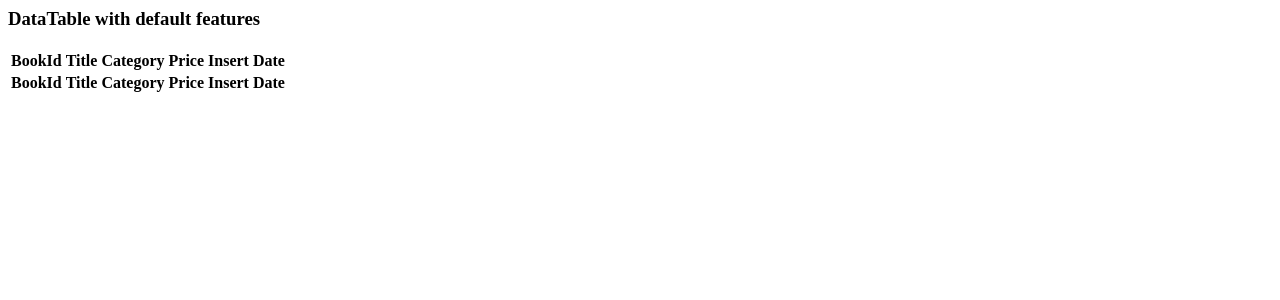
Repository: loy18/SPRING
Page: http://localhost/egovProj/WEB-INF/views/book/list.jsp
The author's editor kept a copy of each file at every save. The page is drawn from the files as they stood at one save, then again after the next save.
The browser window is 1280 px wide. The pictures show the whole page.
The page is served by Tomcat 9. Nobody is signed in. The template is opened directly, without the code that normally fills it, so the values that code supplies are empty.

Above is the page before, as saved 2022-11-14 05:36:15.

After the next save:
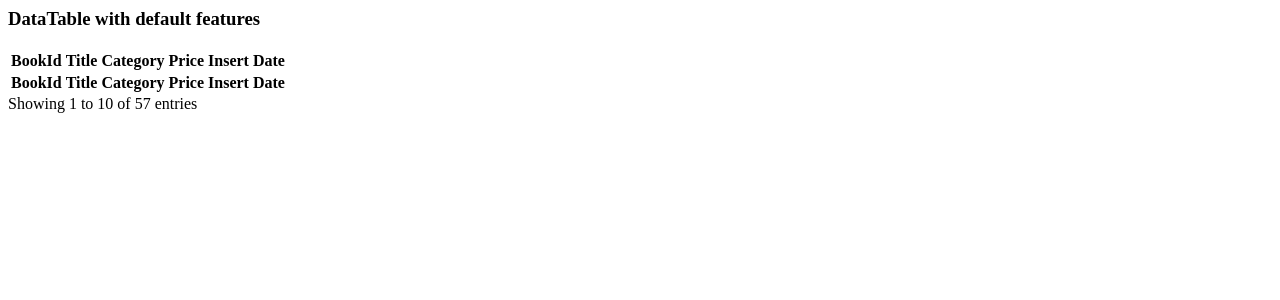
Saved 46 min 30 s later.
--- a/egovProj/src/main/webapp/WEB-INF/views/book/list.jsp
+++ b/egovProj/src/main/webapp/WEB-INF/views/book/list.jsp
@@ -59,15 +59,15 @@
 					</table>
 				</div>
 			</div>
-<!-- 			<div class="row"> -->
-<!-- 				<div class="col-sm-12 col-md-5"> -->
-<!-- 					<div class="dataTables_info" id="example1_info" role="status" -->
-<!-- 						aria-live="polite">Showing 1 to 10 of 57 entries</div> -->
-<!-- 				</div> -->
-<!-- 				<div class="col-sm-12 col-md-7"> -->
-<!-- 					<div class="dataTables_paginate paging_simple_numbers" -->
-<!-- 						id="example1_paginate"> -->
-<!-- 						<ul class="pagination"> -->
+			<div class="row">
+				<div class="col-sm-12 col-md-5">
+					<div class="dataTables_info" id="example1_info" role="status"
+						aria-live="polite">Showing 1 to 10 of 57 entries</div>
+				</div>
+				<div class="col-sm-12 col-md-7">
+					<div class="dataTables_paginate paging_simple_numbers"
+						id="example1_paginate">
+						<ul class="pagination"> </ul>
 <!-- 							<li class="paginate_button page-item previous disabled" -->
 <!-- 								id="example1_previous"><a href="#" aria-controls="example1" -->
 <!-- 								data-dt-idx="0" tabindex="0" class="page-link">Previous</a></li> -->

After the 2 saves that followed:
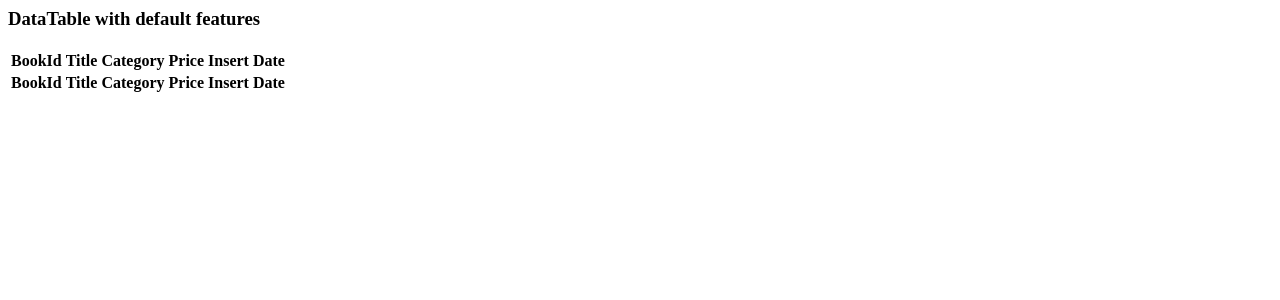
The 2 saves are shown as one change because 1 left the picture as it was.
The last was saved 52 s later.
--- a/egovProj/src/main/webapp/WEB-INF/views/book/list.jsp
+++ b/egovProj/src/main/webapp/WEB-INF/views/book/list.jsp
@@ -60,14 +60,14 @@
 				</div>
 			</div>
 			<div class="row">
-				<div class="col-sm-12 col-md-5">
-					<div class="dataTables_info" id="example1_info" role="status"
-						aria-live="polite">Showing 1 to 10 of 57 entries</div>
-				</div>
+<!-- 				<div class="col-sm-12 col-md-5"> -->
+<!-- 					<div class="dataTables_info" id="example1_info" role="status" -->
+<!-- 						aria-live="polite">Showing 1 to 10 of 57 entries</div> -->
+<!-- 				</div> -->
 				<div class="col-sm-12 col-md-7">
 					<div class="dataTables_paginate paging_simple_numbers"
 						id="example1_paginate">
-						<ul class="pagination"> </ul>
+						<ul class="pagination"> </ul> </div> </div> </div>
 <!-- 							<li class="paginate_button page-item previous disabled" -->
 <!-- 								id="example1_previous"><a href="#" aria-controls="example1" -->
 <!-- 								data-dt-idx="0" tabindex="0" class="page-link">Previous</a></li> -->
